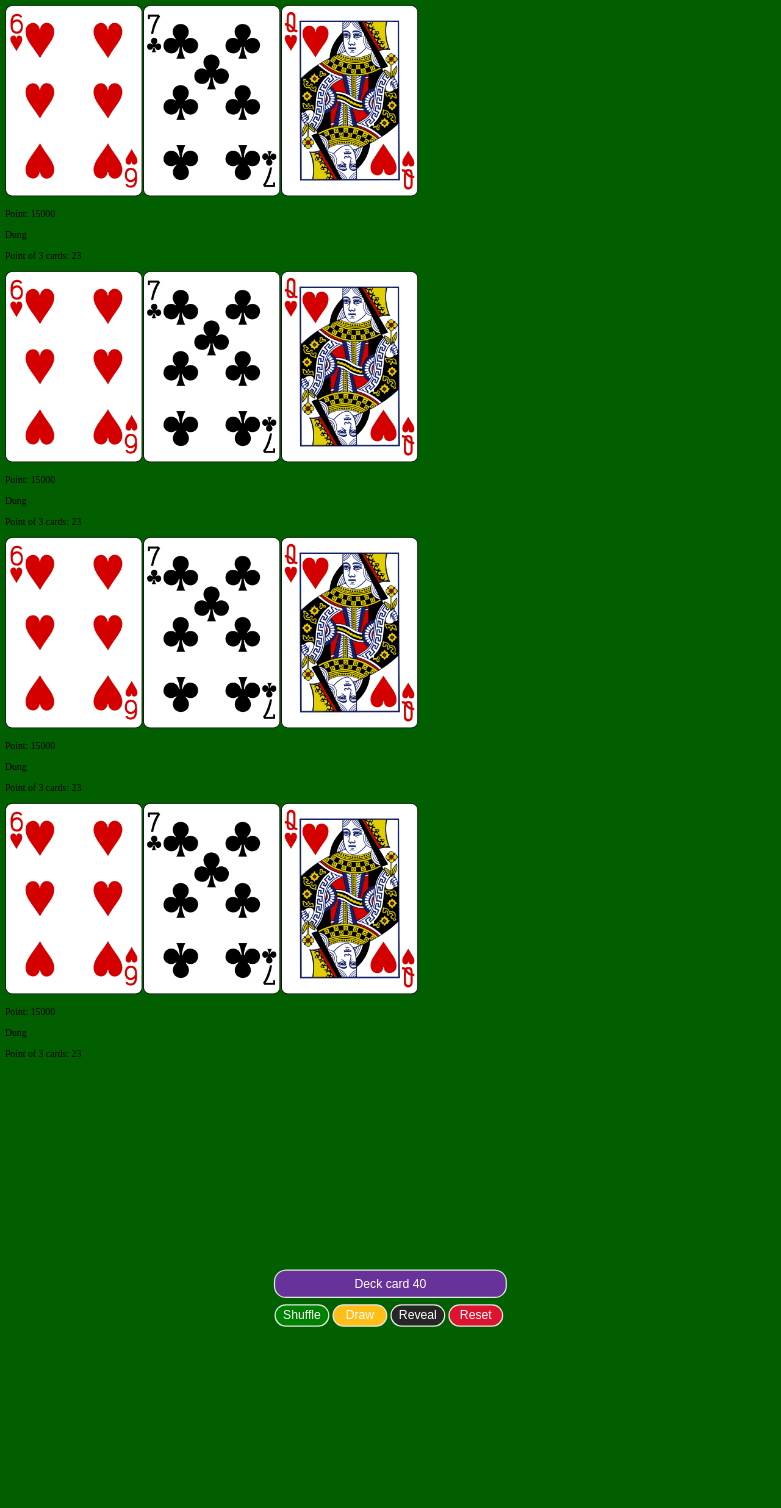
Repository: tiendungjr123/app-baicao
Page: /
These files come from the project's save history. The page is drawn as it stood at one moment and after the next save; the edit follows.
The browser window is 1280 px wide. The pictures show the whole page, at 61% of full size.
The page's requests for data from a server got no answer. The project was rebuilt for these pictures with package versions that can differ from the ones it lists, and the page was loaded fresh each time. No one was signed in, and anything a server would have sent is missing. Also part of the build but not shown: src/index.css.

Above is the page before, as saved 2022-10-11 03:02:04.

After the next save:
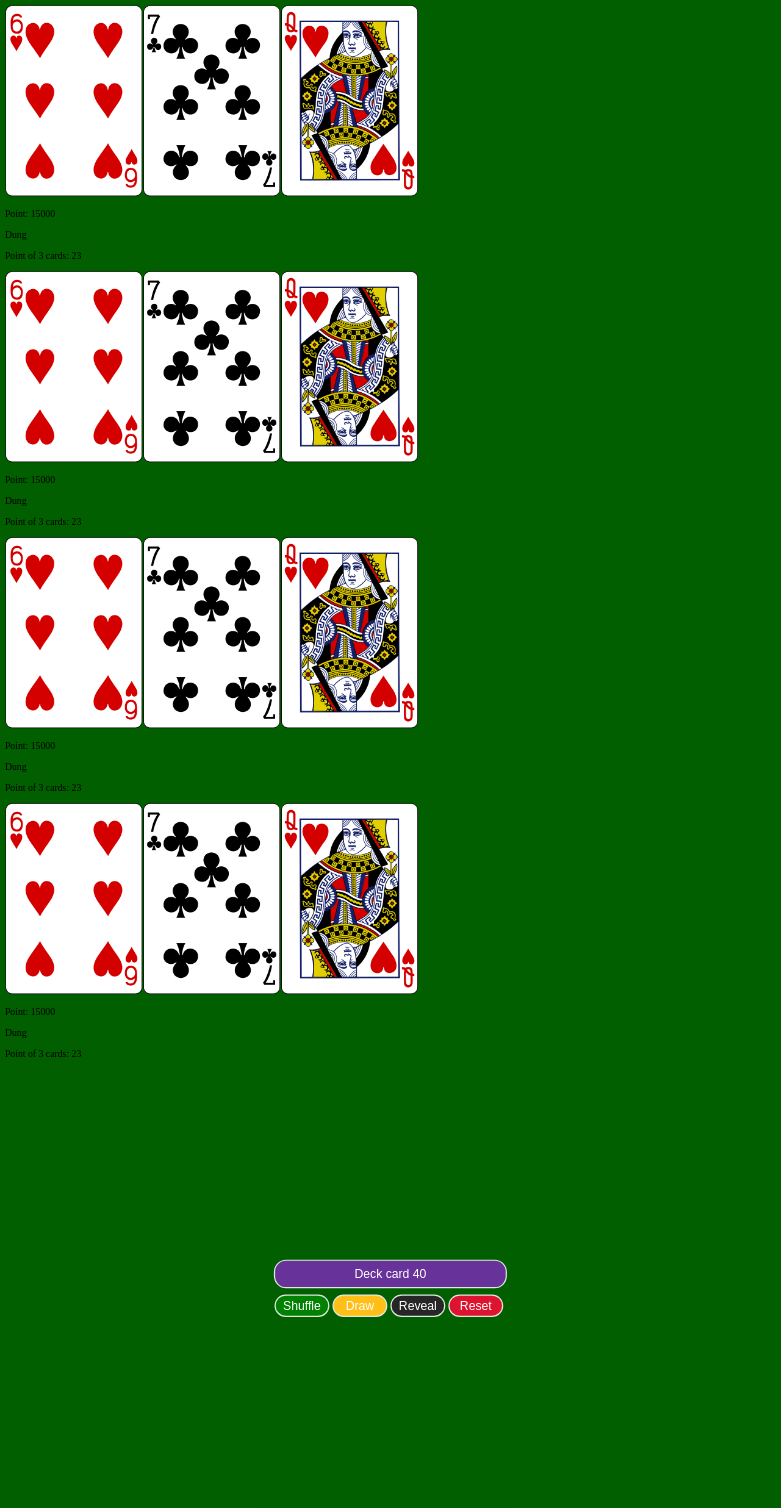
Saved 6 min 10 s later.
--- a/src/Components/table.jsx
+++ b/src/Components/table.jsx
@@ -8,7 +8,6 @@ const Table = () => {
    }
    return (
       <div className='table'>
-         <p></p>
          <button className='btn-deck-card'>Deck card 40</button>
          <div className='btn-action'>
             <button onClick={ShuffleCard} className='btn btn-shuffle'>Shuffle</button>
